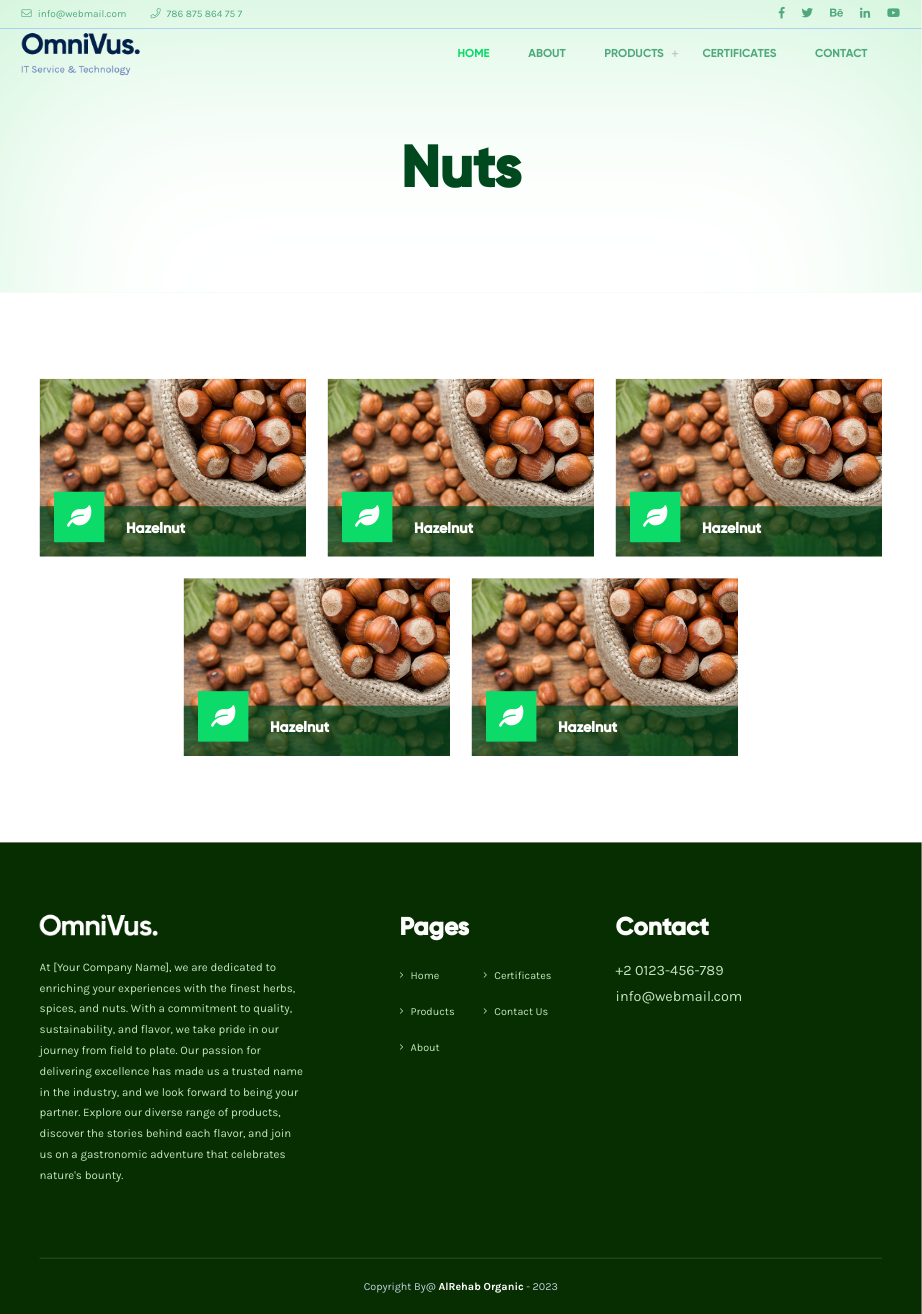
Repository: ziadmoh/alrehab-organic
Page: herbs.html
An editor plug-in stored every save of this project. The page is shown before and after the next save, followed by the edit.
The browser window is 1280 px wide. The pictures show the whole page, at 72% of full size.
The style sheet was rebuilt from its Sass, Less or Tailwind sources for each picture, by a compiler version that may differ from the author's.

Above is the page before, as saved 2023-09-26 12:15:48.

### herbs.html
<!DOCTYPE html>
<html lang="zxx">

<head>
    <!--====== Required meta tags ======-->
    <meta charset="utf-8" />
    <meta http-equiv="x-ua-compatible" content="ie=edge" />
    <meta name="description" content="" />
    <meta name="viewport" content="width=device-width, initial-scale=1, shrink-to-fit=no" />

    <!--====== Title ======-->
    <title> Herbs and Spices Exporter | AlRehab Organic </title>
    <!--====== Favicon Icon ======-->
    <link rel="shortcut icon" href="assets/img/favicon.ico" type="img/png" />
    <!--====== Bootstrap css ======-->
    <link rel="stylesheet" href="assets/css/bootstrap.min.css" />
    <!--====== Slick Slider ======-->
    <link rel="stylesheet" href="assets/css/slick.css" />
    <!--====== Magnific ======-->
    <link rel="stylesheet" href="assets/css/magnific-popup.css" />
    <!--====== Animate CSS ======-->
    <link rel="stylesheet" href="assets/css/animate.min.css" />
    <!--====== Font Awesome ======-->
    <link rel="stylesheet" href="assets/css/font-awesome.min.css" />
    <!--====== Main Css ======-->
    <link rel="stylesheet" href="assets/css/style.css" />
</head>

<body>
    <!--====== Preloader Start ======-->
    <div id="preloader">
        <div class="loader-cubes">
            <div class="loader-cube1 loader-cube"></div>
            <div class="loader-cube2 loader-cube"></div>
            <div class="loader-cube4 loader-cube"></div>
            <div class="loader-cube3 loader-cube"></div>
        </div>
    </div>
    <!--====== Preloader End ======-->

    <!--====== Header Part Start ======-->
    <header class="header-two header-full-width sticky-header">
        <div class="header-topbar d-none d-sm-block">
            <div class="container-fluid">
                <div class="row align-items-center justify-content-between">
                    <div class="col-sm-auto col-12">
                        <ul class="contact-info text-center">
                            <li><a href="#"><i class="fal fa-envelope"></i> info@webmail.com</a></li>
                            <li><a href="#"><i class="fal fa-phone"></i> 786 875 864 75 7</a></li>
                        </ul>
                    </div>
                    <div class="col-sm-auto col-12">
                        <div class="social-icon text-center">
                            <ul>
                                <li><a href="#"><i class="fab fa-facebook-f"></i></a></li>
                                <li><a href="#"><i class="fab fa-twitter"></i></a></li>
                                <li><a href="#"><i class="fab fa-behance"></i></a></li>
                                <li><a href="#"><i class="fab fa-linkedin-in"></i></a></li>
                                <li><a href="#"><i class="fab fa-youtube"></i></a></li>
                            </ul>
                        </div>
                    </div>
                </div>
            </div>
        </div>
        <div class="header-navigation">
            <div class="container-fluid d-flex align-items-center justify-content-between">
                <div class="header-left">
                    <div class="site-logo">
                        <a href="index.html"><img src="assets/img/logo-2.png" alt="Omnivus"></a>
                    </div>
                </div>
                <div class="header-right d-flex align-items-center justify-content-end">
                    <div class="site-nav-menu">
                        <ul class="primary-menu">
                            <li class="current">
                                <a class="nav-link" href="index-3.html">Home</a>

                            </li>
                            <li>
                                <a class="nav-link" href="about.html">About</a>
                            </li>
                            <li>
                                <a href="#">Products</a>
                                <ul class="submenu">
                                    <li><a href="nuts.html">Nuts</a></li>
                                    <li><a href="herbs.html">Herbs</a></li>
                                    <li><a href="spices.html">Spices</a></li>
                                    <!-- <li><a href="products-details.html">Services Details</a></li> -->
                                </ul>
                            </li>

                            <li>
                                <a class="nav-link" href="certificates.html">Certificates</a>
                            </li>
                            <li>
                                <a href="contact.html">Contact</a>
                            </li>
                        </ul>
                        <a href="#" class="nav-close"><i class="fal fa-times"></i></a>
                    </div>
                    <div class="header-extra d-flex align-items-center">
                        <div class="nav-toggler">
                            <span></span><span></span><span></span>
                        </div>
                    </div>
                </div>

            </div>
        </div>
    </header>
    <!--====== Header Part End ======-->

    <!--====== Page Title start ======-->
    <section class="page-title-area">
        <div class="container">
            <h2 class="title">Nuts</h2>
        </div>
    </section>
    <!--====== Page Title End ======-->

    <!--====== Service Section Start ======-->
    <section class="service-section-two section-gap-top pb-90">
        <div class="container">
            <div class="row service-items justify-content-center">
                <div class="col-lg-4 col-md-6 col-sm-8">
                    <div class="service-item-eight mb-30">
                        <div class="service-img">
                            <img src="assets/img/products/hazelnut.jpg" alt="Image">
                        </div>
                        <div class="services-overlay">
                            <div class="icon"><i class="fas fa-leaf"></i></div>
                            <h4 class="title"><a href="#">Hazelnut</a></h4>
                            <p>Lorem ipsum dolor sit amet consectetur adipisicing elit. Debitis harum tenetur eligendi explicabo, natus excepturi.</p>
                        </div>
                    </div>
                </div>
                <div class="col-lg-4 col-md-6 col-sm-8">
                    <div class="service-item-eight mb-30">
                        <div class="service-img">
                            <img src="assets/img/products/hazelnut.jpg" alt="Image">
                        </div>
                        <div class="services-overlay">
                            <div class="icon"><i class="fas fa-leaf"></i></div>
                            <h4 class="title"><a href="#">Hazelnut</a></h4>
                            <p>Lorem ipsum dolor sit amet consectetur adipisicing elit. Debitis harum tenetur eligendi explicabo, natus excepturi.</p>
                        </div>
                    </div>
                </div>
                <div class="col-lg-4 col-md-6 col-sm-8">
                    <div class="service-item-eight mb-30">
                        <div class="service-img">
                            <img src="assets/img/products/hazelnut.jpg" alt="Image">
                        </div>
                        <div class="services-overlay">
                            <div class="icon"><i class="fas fa-leaf"></i></div>
                            <h4 class="title"><a href="#">Hazelnut</a></h4>
                            <p>Lorem ipsum dolor sit amet consectetur adipisicing elit. Debitis harum tenetur eligendi explicabo, natus excepturi.</p>
                        </div>
                    </div>
                </div>
                <div class="col-lg-4 col-md-6 col-sm-8">
                    <div class="service-item-eight mb-30">
                        <div class="service-img">
                            <img src="assets/img/products/hazelnut.jpg" alt="Image">
                        </div>
                        <div class="services-overlay">
                            <div class="icon"><i class="fas fa-leaf"></i></div>
                            <h4 class="title"><a href="#">Hazelnut</a></h4>
                            <p>Lorem ipsum dolor sit amet consectetur adipisicing elit. Debitis harum tenetur eligendi explicabo, natus excepturi.</p>
                        </div>
                    </div>
                </div>
                <div class="col-lg-4 col-md-6 col-sm-8">
                    <div class="service-item-eight mb-30">
                        <div class="service-img">
                            <img src="assets/img/products/hazelnut.jpg" alt="Image">
                        </div>
                        <div class="services-overlay">
                            <div class="icon"><i class="fas fa-leaf"></i></div>
                            <h4 class="title"><a href="#">Hazelnut</a></h4>
                            <p>Lorem ipsum dolor sit amet consectetur adipisicing elit. Debitis harum tenetur eligendi explicabo, natus excepturi.</p>
                        </div>
                    </div>
                </div>

            </div>
        </div>
    </section>
    <!--====== Service Section End ======-->


    <!--====== Back to top start ======-->
    <div class="back-to-top">
        <a href="#"> <i class="fas fa-arrow-up"></i> </a>
    </div>
    <!--====== Back to top start ======-->

    <!--====== Footer PART START ======-->
    <footer class="footer-area">
        <div class="container">
            <div class="row footer-widgets">
                <div class="col-lg-4 col-md-6 col-md-7">
                    <div class="widget about-widget">
                        <div class="logo">
                            <img src="assets/img/logo-1.1.png" alt="">
                        </div>
                        <p>At [Your Company Name], we are dedicated to enriching your experiences with the finest herbs, spices, and nuts. With a commitment to quality, sustainability, and flavor, we take pride in our journey from field to plate. Our passion for delivering excellence has made us a trusted name in the industry, and we look forward to being your partner. Explore our diverse range of products, discover the stories behind each flavor, and join us on a gastronomic adventure that celebrates nature's bounty.</p>

                    </div>
                </div>
                <div class="col-lg-3 col-md-6 offset-xl-1">
                    <div class="widget nav-widget">
                        <h4 class="widget-title">Pages</h4>
                        <div class="footer-list">
                            <ul>
                                <li><a href="index.html"><i class="fal fa-angle-right"></i> Home</a></li>
                                <li><a href="products.html"><i class="fal fa-angle-right"></i> Products</a></li>
                                <li><a href="about.html"><i class="fal fa-angle-right"></i> About</a></li>

                            </ul>
                            <ul>
                                <li><a href="certificates.html"><i class="fal fa-angle-right"></i> Certificates</a></li>
                                <li><a href="contact.html"><i class="fal fa-angle-right"></i> Contact Us</a></li>

                            </ul>
                        </div>
                    </div>
                </div>
                <div class="col-lg-4 col-md-6 col-md-6">
                    <div class="widget contact-widget">
                        <h4 class="widget-title">Contact</h4>
                        <ul>

                            <li>+2 0123-456-789</li>
                            <li>info@webmail.com</li>
                        </ul>
                    </div>
                </div>
            </div>
            <div class="footer-copyright">
                <p>Copyright By@ <a href="#">AlRehab Organic</a> - 2023</p>
            </div>
        </div>
    </footer>
    <!--====== Footer PART ENDS ======-->

    <!--====== Jquery ======-->
    <script src="assets/js/jquery-1.12.4.min.js"></script>
    <!--====== Bootstrap ======-->
    <script src="assets/js/bootstrap.bundle.min.js"></script>
    <!--====== Slick slider ======-->
    <script src="assets/js/slick.min.js"></script>
    <!--====== Magnific ======-->
    <script src="assets/js/jquery.magnific-popup.min.js"></script>
    <!--====== Isotope ======-->
    <script src="assets/js/isotope.pkgd.min.js"></script>
    <!--====== Imagesloaded ======-->
    <script src="assets/js/imagesloaded.pkgd.min.js"></script>
    <!--====== Inview ======-->
    <script src="assets/js/jquery.inview.min.js"></script>
    <!--====== Easy Pie Chart ======-->
    <script src="assets/js/jquery.easypiechart.min.js"></script>
    <!--====== Syotimer ======-->
    <script src="assets/js/jquery.syotimer.min.js"></script>
    <!--====== Wow ======-->
    <script src="assets/js/wow.min.js"></script>
    <!--====== Main JS ======-->
    <script src="assets/js/main.js"></script>
</body>

</html>

### assets/scss/style.scss
/*-----------------------------------------------------------------------------------
    Template Name: Omnivus - IT Solutions & Digital Services HTML5 Template
    Template URI: https://webtend.net/demo/html/omnivus/
    Author: WebTend
    Author URI:  https://webtend.net/
    Version: 1.0

    Note: This is Main Style Scss File.
-----------------------------------------------------------------------------------
	CSS INDEX
	===================
    01. Common
    02. Header
    03. Banner
    04. Service
    05. Feature
    05. Portdolio
    07. Counter
    08. Team
    09. Testimonial
    10. Call to action
    11. Latest Post
    12. About
    13. Why Choose
    14. Contact
    15. Intro Video
    16. Accordion
    17. history
    18. Brand
    19. Page title
    20. Shop
    21. Blog
    22. Pricing
    23. Tile Gallery
    24. Comming Soon
    25. Privacy
-----------------------------------------------------------------------------------*/

@import "variables";
@import "common";
@import "header";
@import "banner";
@import "service";
@import "feature";
@import "portfolio";
@import "counter";
@import "team";
@import "testimonial";
@import "cta";
@import "latest-news";
@import "about";
@import "why-choose";
@import "contact";
@import "intro-video";
@import "accordion";
@import "history";
@import "brand";
@import "footer";
@import "page-title";
@import "shop";
@import "blog";
@import "pricing";
@import "tile-gallery";
@import "coming-soon";
@import "privacy";

### assets/scss/_brand.scss
/*=======  Brand Slider  =======*/
.brand-slider {
    .brand-item {
        text-align: center;

        a {
            opacity: 0.2;

            &:hover {
                opacity: 1;
            }
        }

        &.full-opacity a{
            opacity: 1;
        }
    }

    .slick-track {
        display: flex;
        align-items: center;
    }
}

### assets/scss/_page-title.scss
/*=======  Page Title  =======*/
.page-title-area {
    background: #a9ecbb96;
    position: relative;
    z-index: 1;
    text-align: center;
    padding-top: 190px;
    padding-bottom: 110px;

    @include respond-below(sm) {
        padding-top: 180px;
    }

    &::before {
        position: absolute;
        content: "";
        top: 0;
        left: 0;
        width: 100%;
        height: 100%;
        background-image: url(../img/banner/banner-gradient-bg-2.png);
        background-repeat: no-repeat;
        background-size: cover;
        background-position: center;
        z-index: -1;
    }

    .title {
        font-size: 80px;
        margin-bottom: 10px;

        @include respond-below(lg) {
            font-size: 62px;
        }

        @include respond-below(sm) {
            font-size: 38px;
        }
    }

    .breadcrumb-nav {
        display: flex;
        justify-content: center;

        li {
            font-size: 24px;
            font-weight: 700;
            position: relative;
            line-height: 1;

            @include respond-below(sm) {
                font-size: 18px;
            }

            &:not(:last-child) {
                &::after {
                    content: "|";
                    margin: 0 8px;
                }
            }

            &,
            a {
                color: #69a1bb;
            }
        }
    }
}

### assets/scss/_tile-gallery.scss
/*======= Tile Gallery =======*/
.tile-gallery-one {
    text-align: right;

    img {
        border: 11px solid $white;
        box-shadow: 0px 13px 30px rgba(0, 0, 0, 0.07);
    }

    .img-one {
        text-align: left;

        @include respond-between(lg, xl) {
            max-width: 90%;
        }

        @include respond-below(md) {
            max-width: 90%;
        }
    }

    .img-two {
        margin-top: -80px;
        position: relative;
        display: inline-block;
        margin-left: auto;
        z-index: 1;

        @include respond-between(lg, xl) {
            max-width: 90%;
        }

        @include respond-below(md) {
            max-width: 90%;
        }

        &::before {
            content: "";
            position: absolute;
            content: "";
            left: -15px;
            bottom: -15px;
            background-color: $primary-color;
            z-index: -1;
            height: 180px;
            width: 180px;
            clip-path: polygon(0 0, 0% 100%, 100% 100%);
        }
    }
}

.tile-gallery-two {
    text-align: right;

    .img-one {
        text-align: left;

        @include respond-below(sm) {
            max-width: 90%;
        }
    }

    .img-two {
        margin-top: -220px;
        position: relative;
        z-index: 1;
        display: inline-block;

        @include respond-between(lg, xl) {
            max-width: 80%;
        }

        @include respond-below(sm) {
            max-width: 90%;
        }

        &::before {
            content: "";
            position: absolute;
            content: "";
            right: -15px;
            bottom: -15px;
            background-color: $primary-color;
            z-index: -1;
            width: calc(100% - 80px);
            height: calc(100% - 80px);
            clip-path: polygon(100% 0, 0% 100%, 100% 100%);
        }
    }
}

.tile-gallery-three {
    .img-one {
        text-align: right;

        @include respond-below(sm) {
            max-width: 90%;
        }
    }

    .img-two {
        margin-top: -220px;
        position: relative;
        z-index: 1;
        display: inline-block;

        @include respond-below(sm) {
            max-width: 90%;
        }

        @include respond-between(lg, xl) {
            max-width: 90%;
        }

        img {
            border: 15px solid $soft-blue;
        }
    }
}

### assets/scss/_privacy.scss
/*=======  Privacy  =======*/
.privacy-area {
    .content-box {
        padding-bottom: 25px;
        border-bottom: 1px solid $border-color;
        color: $text-color-2;

        &:last-child {
            border-bottom: none;
        }

        h2 {
            margin-bottom: 20px;
        }

        h4 {
            max-width: 80%;
            margin-bottom: 15px;
        }

        p {
            margin-bottom: 20px;
        }

        ul.list {
            margin-top: 15px;

            li {
                position: relative;
                padding-left: 20px;
                padding-bottom: 15px;
                line-height: 20px;

                &:before {
                    position: absolute;
                    top: 5px;
                    left: 0;
                    width: 10px;
                    height: 10px;
                    border-radius: 10px;
                    background: $secondary-color;
                    content: "";
                }
            }
        }
    }
}

Loaded but not shown: assets/css/bootstrap.min.css (library); assets/css/slick.css (common file); assets/css/magnific-popup.css (library); assets/css/animate.min.css (library); assets/css/font-awesome.min.css (library); assets/js/jquery-1.12.4.min.js (library); assets/js/bootstrap.bundle.min.js (library); assets/js/slick.min.js (library); assets/js/jquery.magnific-popup.min.js (library); assets/js/isotope.pkgd.min.js (library); assets/js/imagesloaded.pkgd.min.js (library); assets/js/jquery.inview.min.js (common file); assets/js/jquery.easypiechart.min.js (library); assets/js/jquery.syotimer.min.js (library); assets/js/wow.min.js (library); assets/js/main.js (629 lines, source omitted); assets/scss/_blog.scss (1050 lines, source omitted); assets/scss/_header.scss (781 lines, source omitted); assets/scss/_service.scss (849 lines, source omitted); assets/scss/_banner.scss (727 lines, source omitted); assets/scss/_common.scss (1101 lines, source omitted); assets/scss/_shop.scss (765 lines, source omitted); assets/scss/_portfolio.scss (552 lines, source omitted); assets/scss/_team.scss (422 lines, source omitted); assets/scss/_accordion.scss (320 lines, source omitted); assets/scss/_feature.scss (328 lines, source omitted); assets/scss/_intro-video.scss (289 lines, source omitted); assets/scss/_counter.scss (327 lines, source omitted); assets/scss/_latest-news.scss (316 lines, source omitted); assets/scss/_cta.scss (275 lines, source omitted); assets/scss/_contact.scss (280 lines, source omitted); assets/scss/_about.scss (261 lines, source omitted); assets/scss/_footer.scss (239 lines, source omitted); assets/scss/_history.scss (164 lines, source omitted); assets/scss/_coming-soon.scss (136 lines, source omitted); assets/scss/_testimonial.scss (143 lines, source omitted); assets/scss/_variables.scss (120 lines, source omitted); assets/scss/_pricing.scss (147 lines, source omitted); assets/scss/_why-choose.scss (109 lines, source omitted)

After the next save:
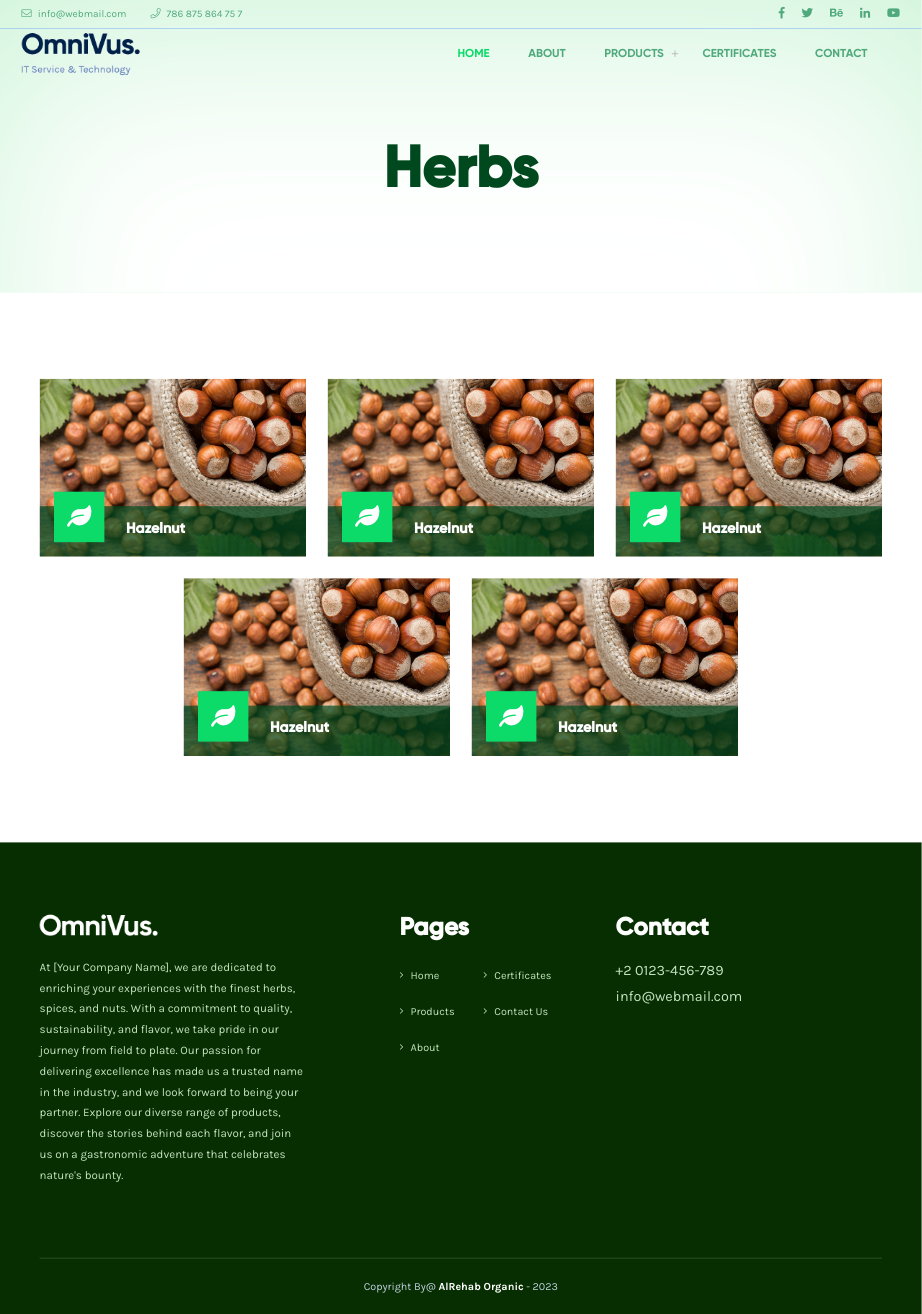
Saved 1 s later.
--- a/herbs.html
+++ b/herbs.html
@@ -114,7 +114,7 @@
     <!--====== Page Title start ======-->
     <section class="page-title-area">
         <div class="container">
-            <h2 class="title">Nuts</h2>
+            <h2 class="title">Herbs</h2>
         </div>
     </section>
     <!--====== Page Title End ======-->
